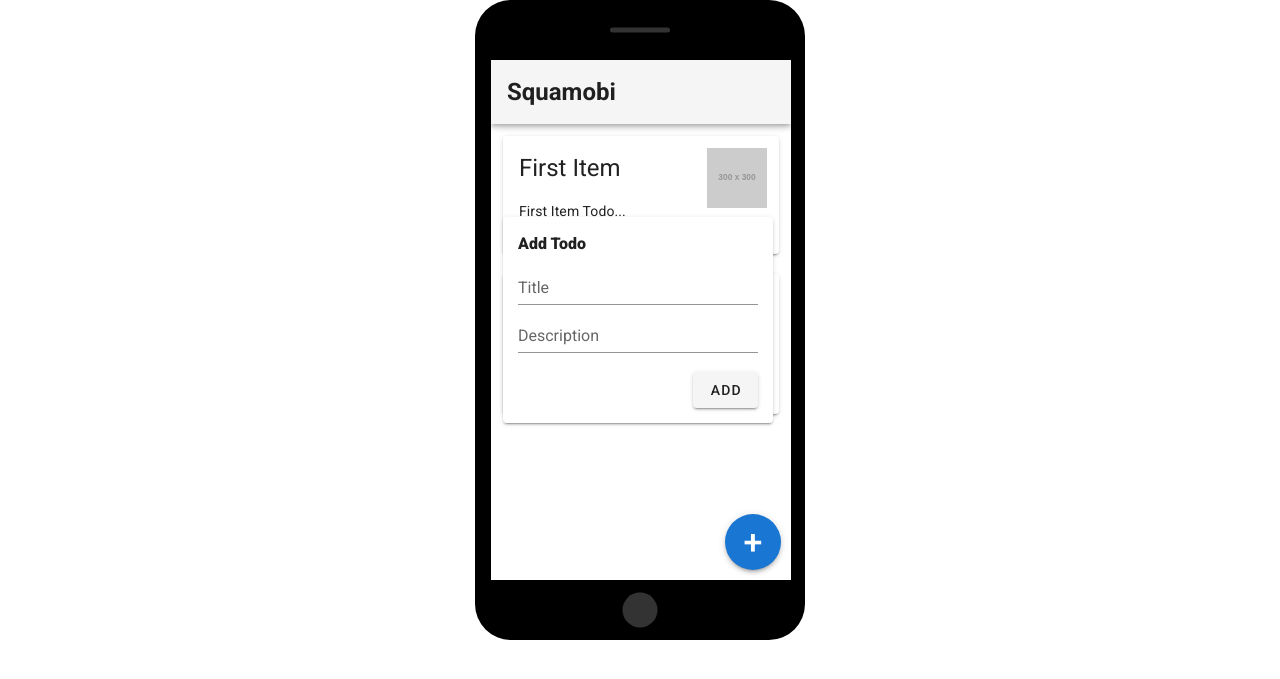
Repository: Keepnox/squamobi-interview
Page: /
The author's editor kept a copy of each file at every save. The page is drawn from the files as they stood at one save, then again after the next save.
The browser window is 1280 px wide. The pictures show the whole page.
The project was rebuilt for these pictures with package versions that can differ from the ones it lists, and the page was loaded fresh each time. Also part of the build but not shown: vue.config.js. Imported but missing from the stored project, and not drawn on this page: src/views/About.vue.

Above is the page before, as saved 2022-01-15 23:54:23.

### src/App.vue
<template>
  <smartphone>
    <v-app>
    <v-main>
        <v-app-bar >
          <h2>Squamobi</h2>
        </v-app-bar>

      <!-- Provides the application the proper gutter -->
      <v-container fluid>

        <!-- If using vue-router -->
        <router-view></router-view>
      </v-container>
    </v-main>

  </v-app>
  </smartphone>

</template>

<script>
import Smartphone from './components/Smartphone.vue';

export default {
  name: 'App',

  components: {
    Smartphone,
  },

  data: () => ({
    //
  }),
};
</script>

### src/components/Smartphone.vue
<template>
  <div class="smartphone">
    <div class="content">
      <slot> </slot>
    </div>
  </div>
</template>

<style scoped>

.smartphone {
  position: relative;
  width: 330px;
  height: 640px;
  margin: auto;
  border: 16px black solid;
  border-top-width: 60px;
  border-bottom-width: 60px;
  border-radius: 36px;
}

/* The horizontal line on the top of the device */
.smartphone:before {
  content: '';
  display: block;
  width: 60px;
  height: 5px;
  position: absolute;
  top: -30px;
  left: 50%;
  transform: translate(-50%, -50%);
  background: #333;
  border-radius: 10px;
}

/* The circle on the bottom of the device */
.smartphone:after {
  content: '';
  display: block;
  width: 35px;
  height: 35px;
  position: absolute;
  left: 50%;
  bottom: -65px;
  transform: translate(-50%, -50%);
  background: #333;
  border-radius: 50%;
}

/* The screen (or content) of the device */
.smartphone .content {
  width: 300px;
  height: 520px;
  background: white;
}

.content > * {
  min-height: 100%;
  height: 100%;
}
</style>

### src/views/Home.vue
<template>
  <div id="listOuter">
    <TodoItem
      v-for="(t, index) in todoData"
      :key="index"
      :title="t.title"
      :desc="t.description"
      :image="t.image"
    ></TodoItem>

    <v-btn
          class="add-button"
          color="primary"
          elevation="3"
          fab
          v-on:click="dialog = !dialog"
        ><span style="font-size:34px;">+</span></v-btn>
        <v-card class="popup" v-if="dialog">
          <div class="popup-title">Add Todo</div>
          <v-text-field
            label="Title"
            hide-details="auto"
          ></v-text-field>
          <v-text-field
            label="Description"
            hide-details="auto"
          ></v-text-field>
          <v-btn class="add" v-on:click="addTodo">
            Add
          </v-btn>
        </v-card>
  </div>
</template>

<script>

import TodoItem from '@/components/TodoItem.vue'

export default {
  name: 'Home',
  components: {TodoItem},
  data () {
    return {
      todoData: [],
      dialog: true,
      image: "",
      description: "",
      title: ""
    }
  },
  watch: {
    dialog(val) {
      if(val) {
        document.getElementsByTagName('body')[0].classList.add('popup-active')
      } else {
        document.getElementsByTagName('body')[0].classList.remove('popup-active')
      }
    }
  },
  mounted () {
    this.todoData = JSON.parse(localStorage.getItem('todo'))
    console.log('selam')
  },
  created() {
    let defaultData = JSON.parse(localStorage.getItem('todo')) || [
        {
          title: "First Item",
          description: 'First Item Todo...',
          image: "https://unsplash.it/640/425?random"
        },
        {
          title: "Todo Item 2",
          description: 'Todo item 3.... lorem ipsum',
          image: "https://unsplash.it/640/425?random"
        }
      ]
    localStorage.setItem('todo', JSON.stringify(defaultData))
  },
  methods: {
    addTodo() {
      this.todoData.push(
        {
          title: this.title,
          description: this.description,
          image: this.image
        }
      )
    }
  }
}
</script>

<style >
.v-application--wrap {
  height: 100%;
  min-height: 100%;
}
.list-outer {
  position: relative;
  height: 100%;
  width: 100%;
}
.add-button {
  position: absolute;
  right: 10px;
  bottom: 10px;
}
.popup {
  position: absolute;
  padding: 15px;
  /* height: 150px; */
  width: 90%;
  top: 50%;
  transform: translateY(-50%);
}
.popup .add {
  margin-top: 20px;
  float: right;
}
.popup .popup-title {
  font-weight: 900;
}
</style>

### src/components/TodoItem.vue
<template>
    <v-card class="mb-5">
      <div class="d-flex flex-no-wrap justify-space-between">
        <div>
          <v-card-title class="text-h5" v-text="title"></v-card-title>

          <v-card-text > {{desc}} </v-card-text>
          <v-card-actions>
          </v-card-actions>
        </div>

        <v-avatar
          class="ma-3"
          size="60"
          tile
        >
          <v-img src="http://placehold.it/300"></v-img>
        </v-avatar>
      </div>
    </v-card>
</template>
<script>
export default {
  props: ["desc", "title", "image"],
  mounted() {
    console.log(this.items)
  }
}
</script>

Loaded but not shown: public/index.html (common file); src/main.js (common file); src/plugins/vuetify.js (common file); src/router/index.js (common file)

After the next save:
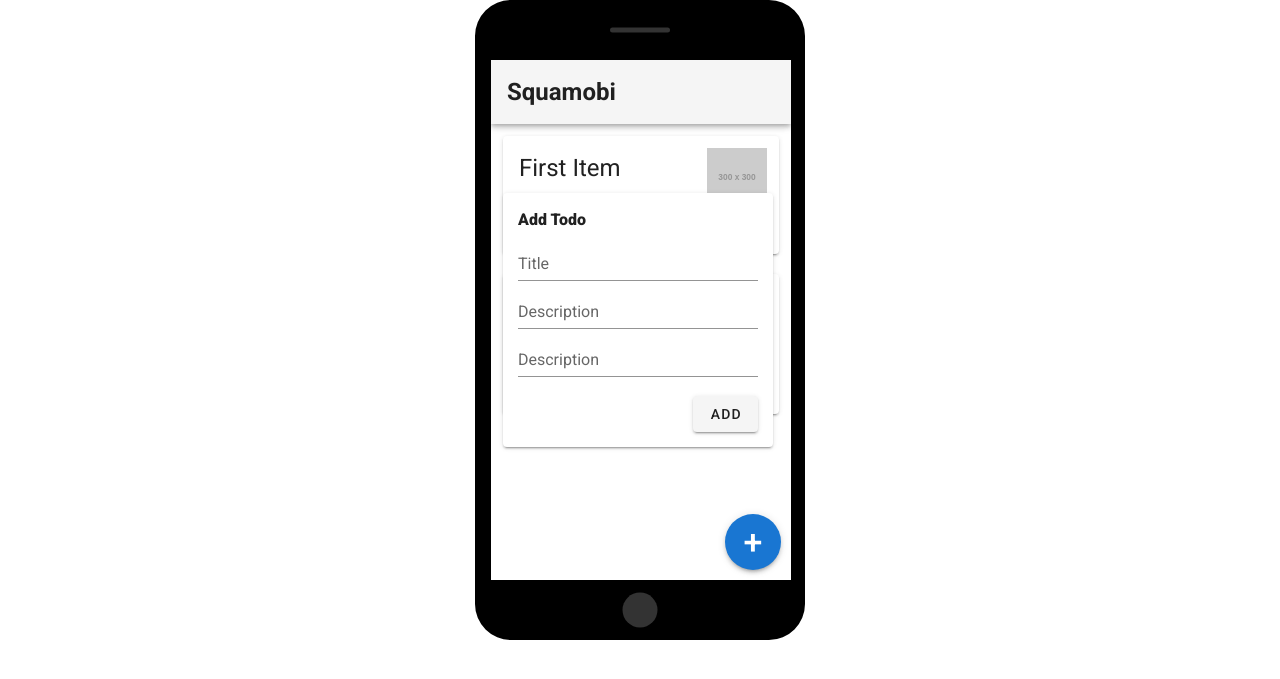
Saved 14 s later.
--- a/src/views/Home.vue
+++ b/src/views/Home.vue
@@ -19,6 +19,10 @@
           <div class="popup-title">Add Todo</div>
           <v-text-field
             label="Title"
+            hide-details="auto"
+          ></v-text-field>
+          <v-text-field
+            label="Description"
             hide-details="auto"
           ></v-text-field>
           <v-text-field
